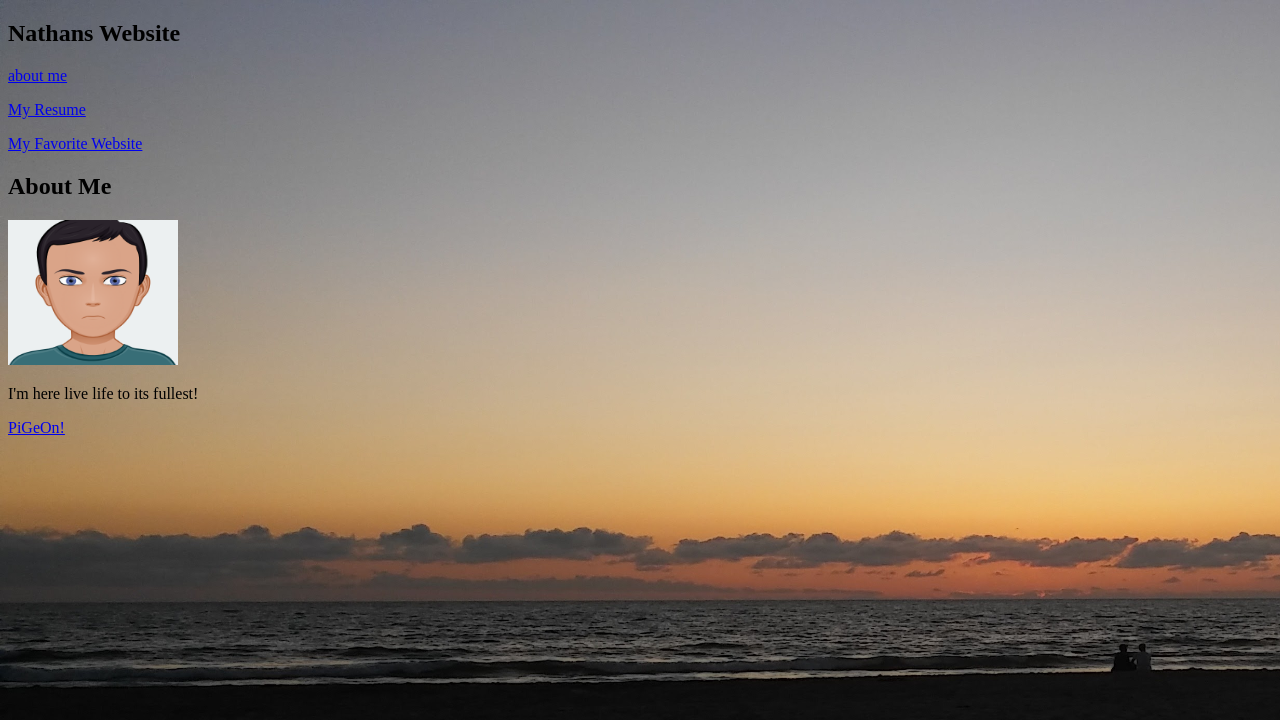
Repository: Nathan12144/Nathan12144.github.io
Page: index.html
The author's editor kept a record of every edit. The page is drawn from the files as they stood at one moment, then again after the next edit.
The browser window is 1280 px wide. The pictures show the whole page.

Above is the page before.

### index.html
<!DOCTYPE html>
<html>
    <style>
body {
  background-image: url('back.jpg');
}
</style>

<body>

<h2>Nathans Website</h2>
<p><a href="https://docs.google.com/presentation/d/1Uk_VyLYSelrMDxDNvBjRERUITPfupa8QE3ZIbIkxwEM/edit?usp=sharing" target="_blank">about me</a>
<p></p><a href="https://docs.google.com/document/d/1yN1uXYM2GqeZ5euozitgxvuerLRAKFMic64EN7UJKdw/edit?usp=sharing" target="_blank">My Resume</a>
<p><a href="https://youtube.com" target="_blank">My Favorite Website</a>


<h2>About Me</h2>
<img src="images/cool.png" alt="Avatar" width="170" height="145">
<p>I'm here live life to its fullest!</a></p>
<a href="https://live.staticflickr.com/8668/16138165760_9e037bc779_b.jpg" target="_blank"> PiGeOn!</a>

</body>
</html>

After the next edit:
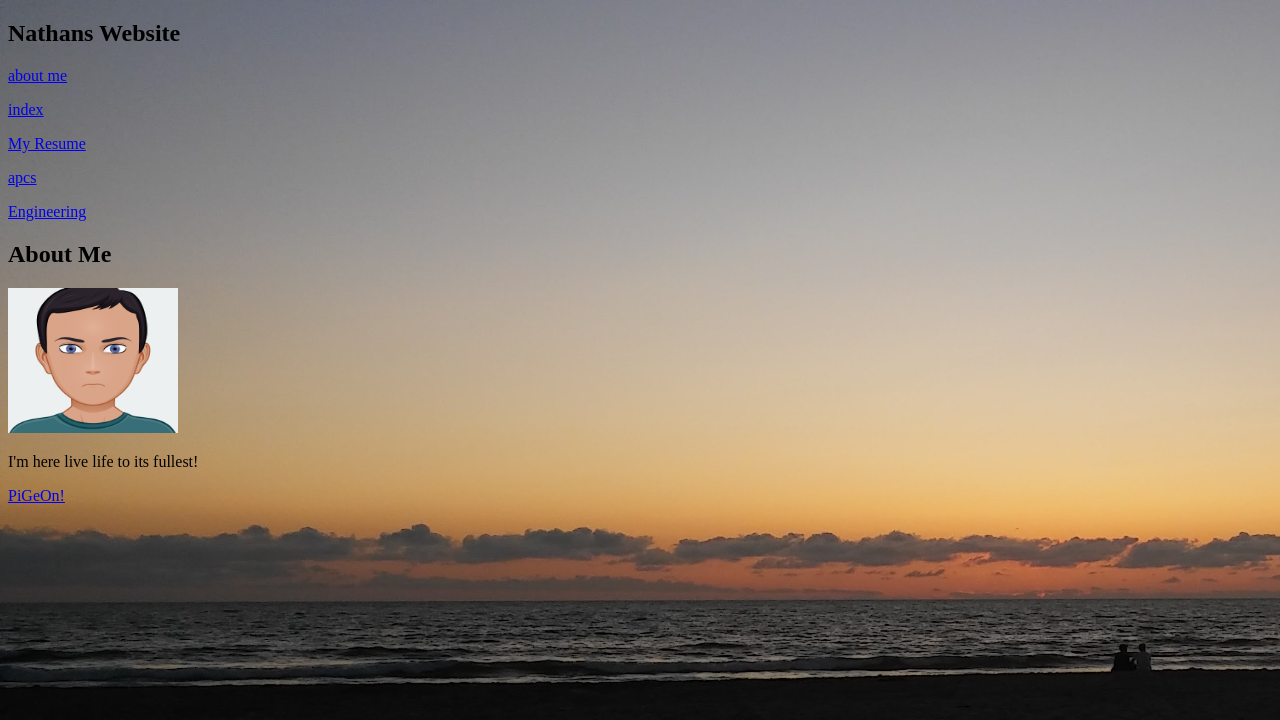
The edit:
--- a/index.html
+++ b/index.html
@@ -10,8 +10,10 @@
 
 <h2>Nathans Website</h2>
 <p><a href="https://docs.google.com/presentation/d/1Uk_VyLYSelrMDxDNvBjRERUITPfupa8QE3ZIbIkxwEM/edit?usp=sharing" target="_blank">about me</a>
-<p></p><a href="https://docs.google.com/document/d/1yN1uXYM2GqeZ5euozitgxvuerLRAKFMic64EN7UJKdw/edit?usp=sharing" target="_blank">My Resume</a>
-<p><a href="https://youtube.com" target="_blank">My Favorite Website</a>
+<p><a href="index.html" target="_blank">index</a>
+<p></p><a href="resume.html" target="_blank">My Resume</a>
+<p><a href="apcs.html" target="_blank">apcs</a>
+<p><a href="eng.html" target="_blank">Engineering</a>
 
 
 <h2>About Me</h2>
